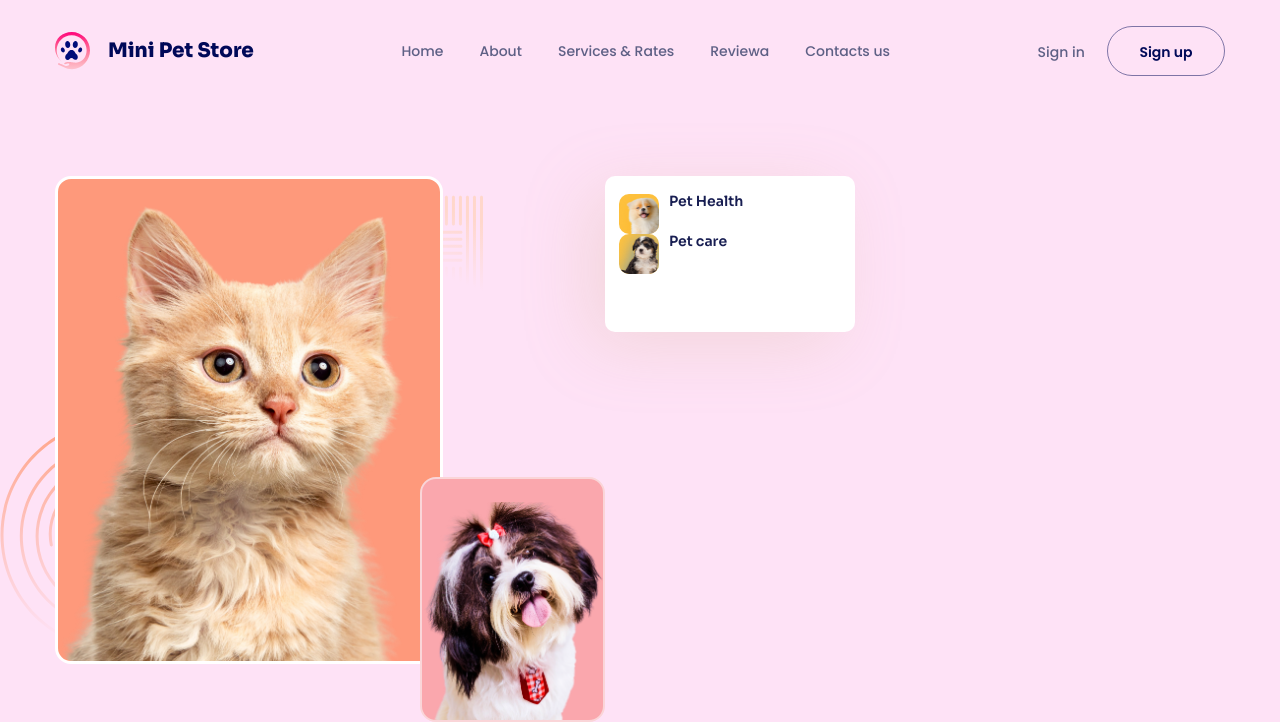
Repository: Tran-Dat/ASM-HTML5-F8-04
Page: index.html
An editor plug-in stored every save of this project. The page is shown before and after the next save, followed by the edit.
The browser window is 1280 px wide. The pictures show the whole page.

Above is the page before, as saved 2023-06-12 16:26:18.

### index.html
<!DOCTYPE html>
<html lang="en">
    <head>
        <meta charset="UTF-8" />
        <meta name="viewport" content="width=device-width, initial-scale=1.0" />
        <title>PS27621-TranTanDat-ASM</title>

        <!-- favicon -->
        <link
            rel="apple-touch-icon"
            sizes="57x57"
            href="./assets/favicon/apple-icon-57x57.png"
        />
        <link
            rel="apple-touch-icon"
            sizes="60x60"
            href="./assets/favicon/apple-icon-60x60.png"
        />
        <link
            rel="apple-touch-icon"
            sizes="72x72"
            href="./assets/favicon/apple-icon-72x72.png"
        />
        <link
            rel="apple-touch-icon"
            sizes="76x76"
            href="./assets/favicon/apple-icon-76x76.png"
        />
        <link
            rel="apple-touch-icon"
            sizes="114x114"
            href="./assets/favicon/apple-icon-114x114.png"
        />
        <link
            rel="apple-touch-icon"
            sizes="120x120"
            href="./assets/favicon/apple-icon-120x120.png"
        />
        <link
            rel="apple-touch-icon"
            sizes="144x144"
            href="./assets/favicon/apple-icon-144x144.png"
        />
        <link
            rel="apple-touch-icon"
            sizes="152x152"
            href="./assets/favicon/apple-icon-152x152.png"
        />
        <link
            rel="apple-touch-icon"
            sizes="180x180"
            href="./assets/favicon/apple-icon-180x180.png"
        />
        <link
            rel="icon"
            type="image/png"
            sizes="192x192"
            href="./assets/favicon/android-icon-192x192.png"
        />
        <link
            rel="icon"
            type="image/png"
            sizes="32x32"
            href="./assets/favicon/favicon-32x32.png"
        />
        <link
            rel="icon"
            type="image/png"
            sizes="96x96"
            href="./assets/favicon/favicon-96x96.png"
        />
        <link
            rel="icon"
            type="image/png"
            sizes="16x16"
            href="./assets/favicon/favicon-16x16.png"
        />
        <link rel="manifest" href="./assets/favicon/manifest.json" />
        <meta name="msapplication-TileColor" content="#ffffff" />
        <meta
            name="msapplication-TileImage"
            content="./assets/favicon/ms-icon-144x144.png"
        />
        <meta name="theme-color" content="#ffffff" />

        <!-- reset css -->
        <link rel="stylesheet" href="./assets/css/reset.css" />

        <!-- Font gg -->
        <link rel="preconnect" href="https://fonts.googleapis.com" />
        <link rel="preconnect" href="https://fonts.gstatic.com" crossorigin />
        <link
            href="https://fonts.googleapis.com/css2?family=Poppins:wght@300;400;500;600&family=Sora:wght@600;700;800&display=swap"
            rel="stylesheet"
        />

        <!-- styles css -->
        <link rel="stylesheet" href="./assets/css/styles.css" />
    </head>
    <body>
        <!-- Header -->
        <header class="header">
            <div class="container">
                <div class="header__inner">
                    <!-- Logo -->
                    <div class="header-logo">
                        <img src="./assets/img/logo.svg" alt="" class="logo" />
                        <h1 class="header-logo__title">
                            <a href="#!">Mini Pet Store</a>
                        </h1>
                    </div>

                    <!-- navbar -->
                    <nav class="navbar">
                        <ul class="navbar__list">
                            <li class="navbar__item">
                                <a href="#" class="navbar__link">Home</a>
                            </li>
                            <li class="navbar__item">
                                <a href="#" class="navbar__link">About</a>
                            </li>
                            <li class="navbar__item">
                                <a href="#" class="navbar__link"
                                    >Services & Rates</a
                                >
                            </li>
                            <li class="navbar__item">
                                <a href="#" class="navbar__link">Reviewa</a>
                            </li>
                            <li class="navbar__item">
                                <a href="#" class="navbar__link">Contacts us</a>
                            </li>
                        </ul>
                    </nav>

                    <!-- header action -->
                    <div class="header-action">
                        <a href="" class="header-action__link">Sign in</a>
                        <a href="" class="btn header-action__btn">Sign up</a>
                    </div>
                </div>
            </div>
        </header>

        <!-- Hero -->
        <section class="hero">
            <div class="container">
                <div class="hero__inner">
                    <!-- hero media -->
                    <div class="hero__media">
                        <!-- pet-01 -->
                        <div class="hero__img-wrap">
                            <img
                                src="./assets/img/pet-01.png"
                                alt=""
                                class="hero__img"
                            />

                            <!-- Decorators -->
                            <img
                                src="./assets/img/decor-01.svg"
                                alt=""
                                class="hero__decor hero__decor-left"
                            />
                            <img
                                src="./assets/img/decor-02.svg"
                                alt=""
                                class="hero__decor hero__decor-right"
                            />
                        </div>

                        <!-- Pet-02 -->
                        <div class="hero__img-wrap hero__img-wrap-small">
                            <img
                                src="./assets/img/pet-02.png"
                                alt=""
                                class="hero__img"
                            />
                        </div>

                        <div class="hero__list">
                            <!-- hero list item 1 -->
                            <div class="hero-list-item">
                                <img
                                    src="./assets/img/pet-03.png"
                                    alt=""
                                    class="hero-list-item__thumb"
                                />

                                <div class="hero-list-item__info">
                                    <p class="hero-list-item__title">
                                        Pet Health
                                    </p>
                                    <div class="hero-list-item__skeleton"></div>
                                    <div class="hero-list-item__skeleton"></div>
                                </div>
                            </div>

                            <!-- hero list item 2 -->
                            <div class="hero-list-item">
                                <img
                                    src="./assets/img/pet-04.png"
                                    alt=""
                                    class="hero-list-item__thumb"
                                />

                                <div class="hero-list-item__info">
                                    <p class="hero-list-item__title">
                                        Pet care
                                    </p>
                                    <div class="hero-list-item__skeleton"></div>
                                    <div class="hero-list-item__skeleton"></div>
                                </div>
                            </div>
                        </div>
                    </div>

                    <!-- hero content -->
                    <section class="hero__content"></section>
                </div>
            </div>
        </section>
    </body>
</html>

### assets/css/styles.css
* {
    box-sizing: border-box;
}

html {
    font-size: 62.5%;
}

body {
    font-size: 1.6rem;
    font-family: "Poppins", sans-serif;
    background: #fee2f6;
}

/* ============================ common ============================ */

a {
    text-decoration: none;
}

h1,
h2,
h3,
h4,
h5,
h6 {
    font-family: "Sora", sans-serif;
}

input,
textarea,
select,
button {
    font-size: inherit;
    font-family: inherit;
}

.container {
    width: 1170px;
    max-width: calc(100% - 48px);
    margin: 0 auto;
}

.btn {
    --height: 56px;

    display: inline-block;
    min-width: 130px;
    height: var(--height);
    line-height: var(--height);
    border: 1px solid #00095880;
    border-radius: 99px;

    font-weight: 600;
    font-size: 1.4rem;

    text-align: center;
    color: #000958;
}

.btn:hover {
    opacity: 0.9;
}

/* =============== Header =============== */

.header {
    padding: 26px 0;
}

.header__inner {
    display: flex;
    align-items: center;
    justify-content: space-between;
}

.header-logo {
    display: flex;
    align-items: center;
}

.header-logo__title a {
    padding: 8px 18px;
    font-weight: 800;
    font-size: 20px;
    color: #000958;
}

.navbar__list {
    display: flex;
}

.navbar__link,
.header-action__link {
    padding: 8px 18px;
    font-weight: 500;
    font-size: 1.4rem;
    line-height: 1;
    color: #5e6085;
}

.navbar__link:hover {
    color: #000958;
    text-shadow: 1px 0 0 currentColor;
}

.header-action__btn {
    --height: 50px;

    min-width: 118px;
}

/* =============== Hero =============== */
.hero {
    margin-top: 74px;
}

.hero__inner {
    display: flex;
    align-items: center;
    justify-content: space-between;
}

.hero__media {
    display: flex;
}

.hero__img-wrap {
    position: relative;
    display: flex;
    align-items: flex-end;
    justify-content: center;
    width: 388px;
    height: 488px;
    background: #fe997b;
    border-radius: 16px;
    border: 3px solid #fff;
}

.hero__img {
    max-width: 100%;
    max-height: 100%;
    border-radius: inherit;
}

.hero__decor {
    z-index: -1;
    position: absolute;
}

.hero__decor-left {
    left: -58px;
    bottom: 10px;
}

.hero__decor-right {
    top: 16px;
    right: -43px;
}

.hero__img-wrap-small {
    align-self: flex-end;
    margin: 0 0 -58px -23px;
    width: 185px;
    height: 245px;
    background: #faa7ad;
    border-radius: 16px;
    border: 2px solid #fad5d8;
}

.hero__list {
    width: 250px;
    height: 156px;
    padding: 18px 14px;
    background: #ffffff;
    box-shadow: -17px 14px 68px -4px rgba(207, 174, 132, 0.25);
    border-radius: 10px;
}

.hero-list-item {
    display: flex;
}

.hero-list-item__thumb {
    height: 40px;
    width: 40px;
    border-radius: 10px;
    object-fit: cover;
    background: #fec23f;
}

.hero-list-item__info {
    margin-left: 10px;
}

.hero-list-item__title {
    font-family: Sora, sans-serif;
    font-weight: 600;
    font-size: 1.4rem;
    line-height: 1;
    color: #181e52;
}

Loaded but not shown: assets/css/reset.css (common file)

After the next save:
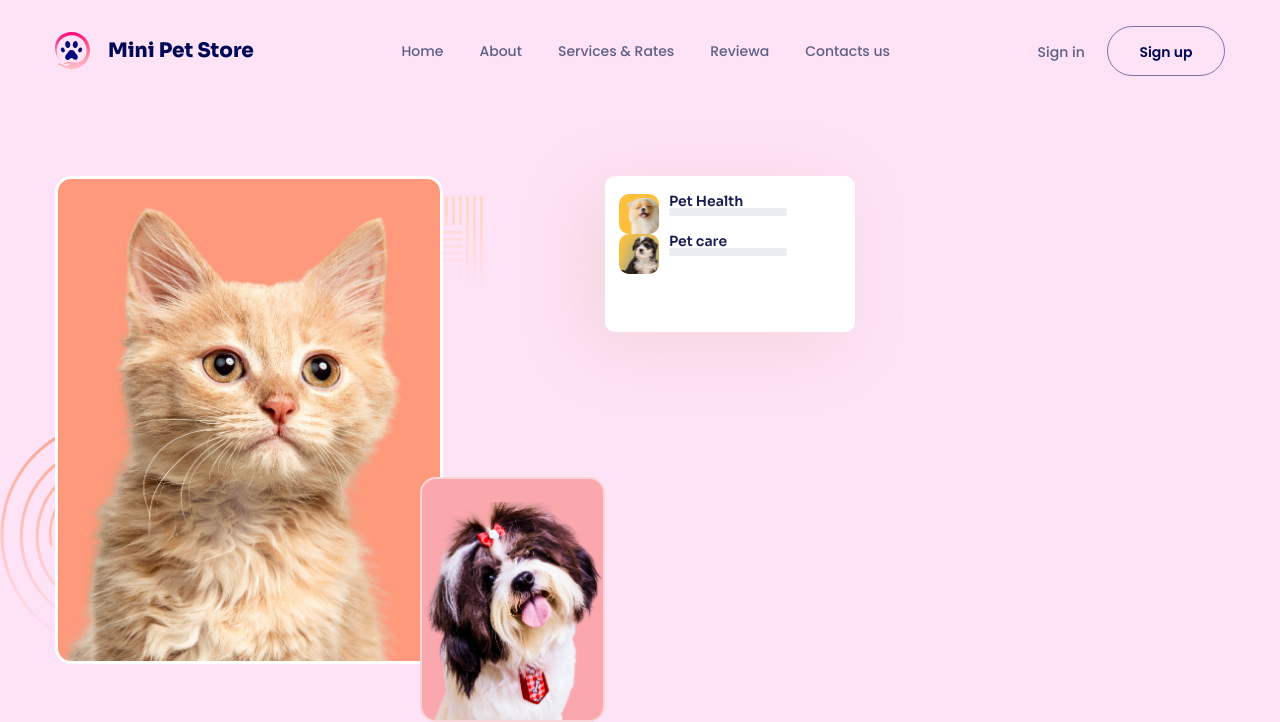
Saved 56 s later.
--- a/assets/css/styles.css
+++ b/assets/css/styles.css
@@ -200,3 +200,12 @@
     line-height: 1;
     color: #181e52;
 }
+
+.hero-list-item__skeleton {
+    width: 118px;
+    height: 4px;
+
+    background: #000958;
+    opacity: 0.08;
+    border-radius: 10px;
+}
